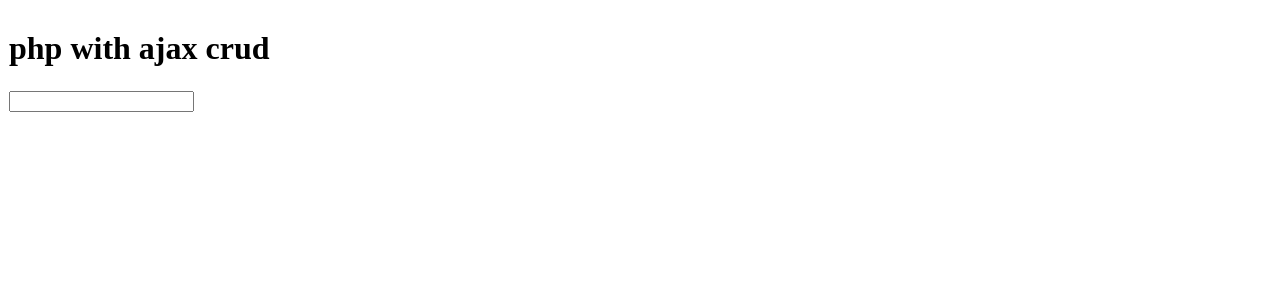
Repository: Tauqeer124/newrepo
Page: http://localhost/showdata.php
The author's editor kept a copy of each file at every save. The page is drawn from the files as they stood at one save, then again after a run of saves.
The browser window is 1280 px wide. The pictures show the whole page.
The page is run by PHP 8.4 with error messages shown; the project is at /var/www/html/.

Above is the page before, as saved 2023-04-28 11:47:03.

After the next 7 saves:
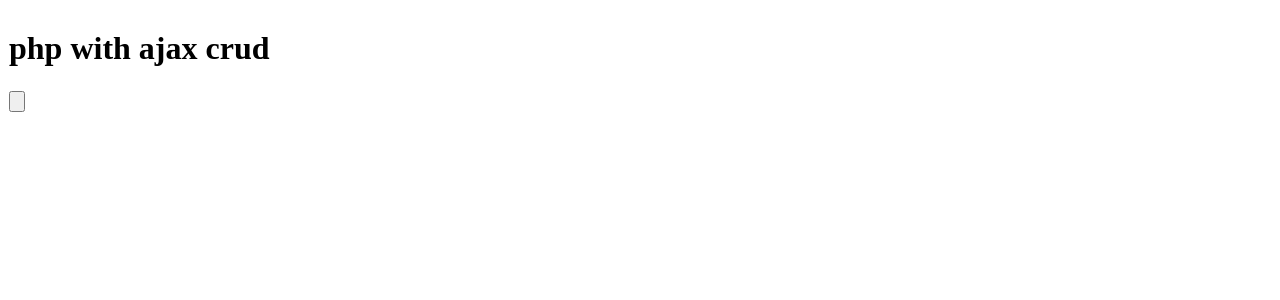
The 7 saves are shown as one change because they came seconds apart.
The last was saved 24 s later.
--- a/showdata.php
+++ b/showdata.php
@@ -12,7 +12,7 @@
             </tr>
             <tr>
                 <td id="table_load">
-                    <input type="text" >
+                    <input type="button" id="load_button"  >
                 </td>
             </tr>
         </table>
